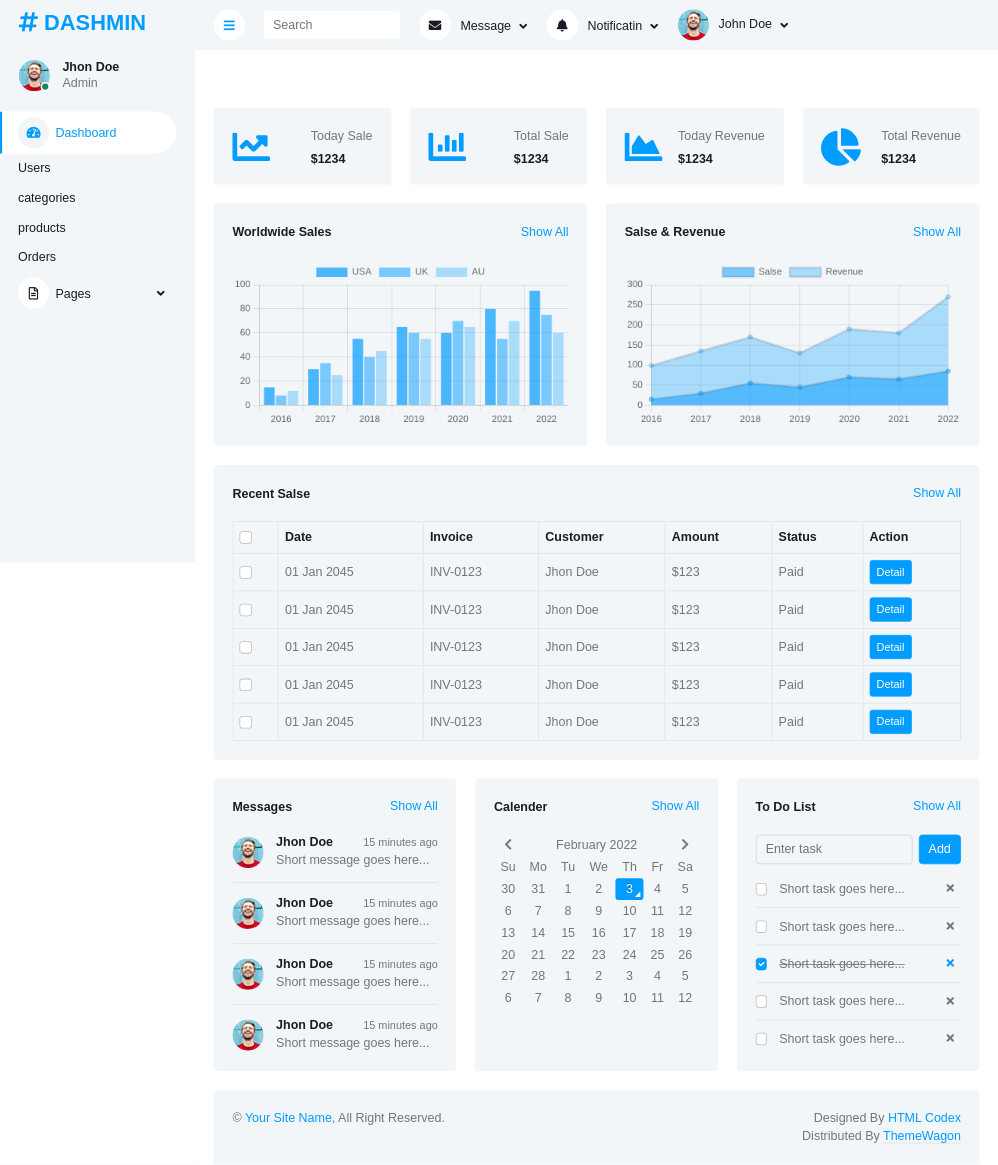
Repository: beovan/php1_ASM
Page: http://localhost/admin/admin_user.php
The author's editor kept a copy of each file at every save. The page is drawn from the files as they stood at one save, then again after a run of saves.
The browser window is 1280 px wide. The pictures show the whole page, at 78% of full size.
Some web fonts or font styles are not loaded; a fallback is used. Some web libraries are served in a nearby version. The page is run by PHP 8.4 with error messages shown; the project is at /var/www/html/. The session is filled in as if someone had signed in: {"account_id": 1}. Queries for data that is not in the repository find no rows.

Above is the page before, as saved 2023-08-09 22:40:08.
Console error: TypeError: Cannot read properties of undefined (reading 'getContext')

After the next 3 saves:
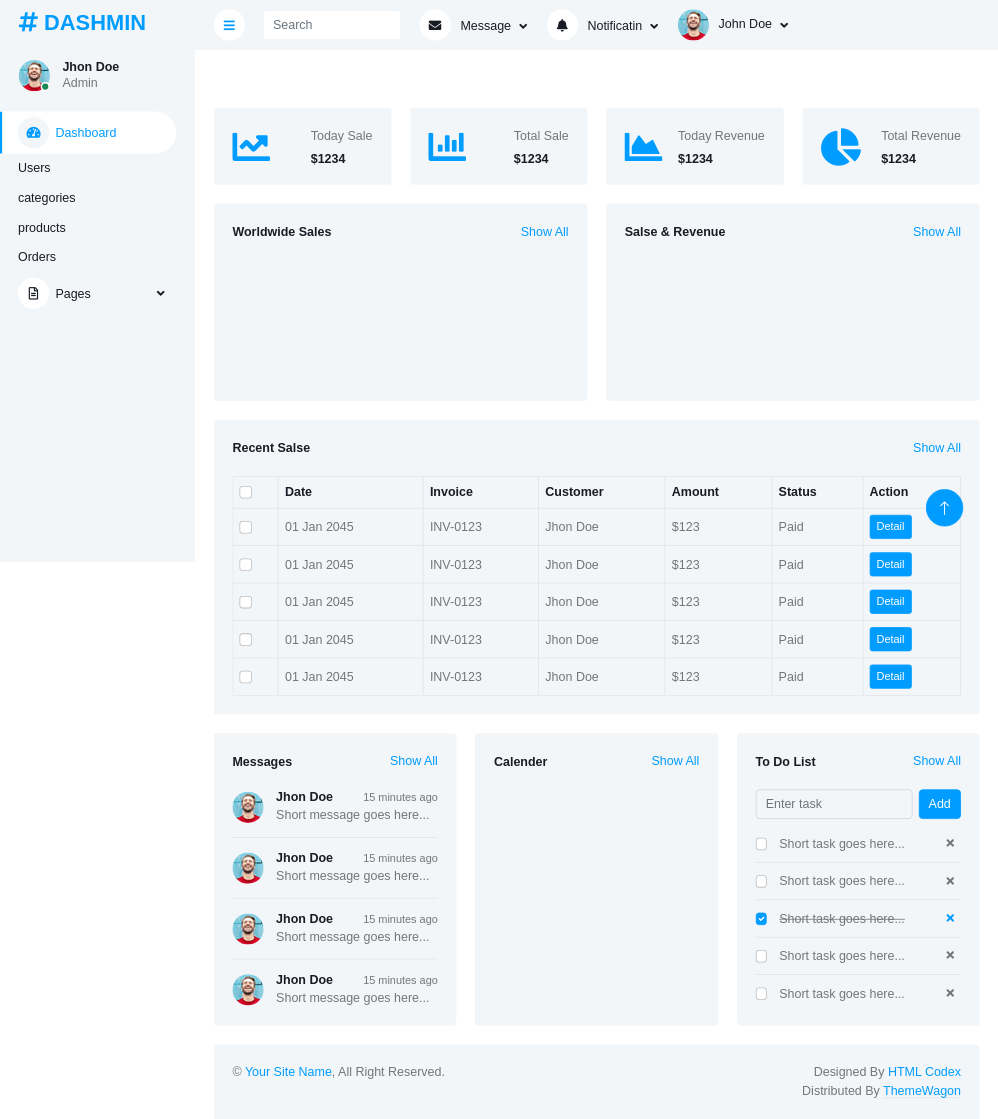
The error is gone.
The 3 saves are shown as one change because they came seconds apart.
The last was saved 18 s later.
--- a/admin/admin_user.php
+++ b/admin/admin_user.php
@@ -424,20 +424,10 @@ if (isset($message)) {
    include("./layout/side_bar.php");
    ?>
 
- <!-- JavaScript Libraries -->
- <script src="https://code.jquery.com/jquery-3.4.1.min.js"></script>
-    <script src="https://cdn.jsdelivr.net/npm/bootstrap@5.0.0/dist/js/bootstrap.bundle.min.js"></script>
-    <script src="lib/chart/chart.min.js"></script>
-    <script src="lib/easing/easing.min.js"></script>
-    <script src="lib/waypoints/waypoints.min.js"></script>
-    <script src="lib/owlcarousel/owl.carousel.min.js"></script>
-    <script src="lib/tempusdominus/js/moment.min.js"></script>
-    <script src="lib/tempusdominus/js/moment-timezone.min.js"></script>
-    <script src="lib/tempusdominus/js/tempusdominus-bootstrap-4.min.js"></script>
-
-    <!-- Template Javascript -->
-    <script src="js/main.js"></script>
+
     </div>
+
+
 </body>
 
 </html>
